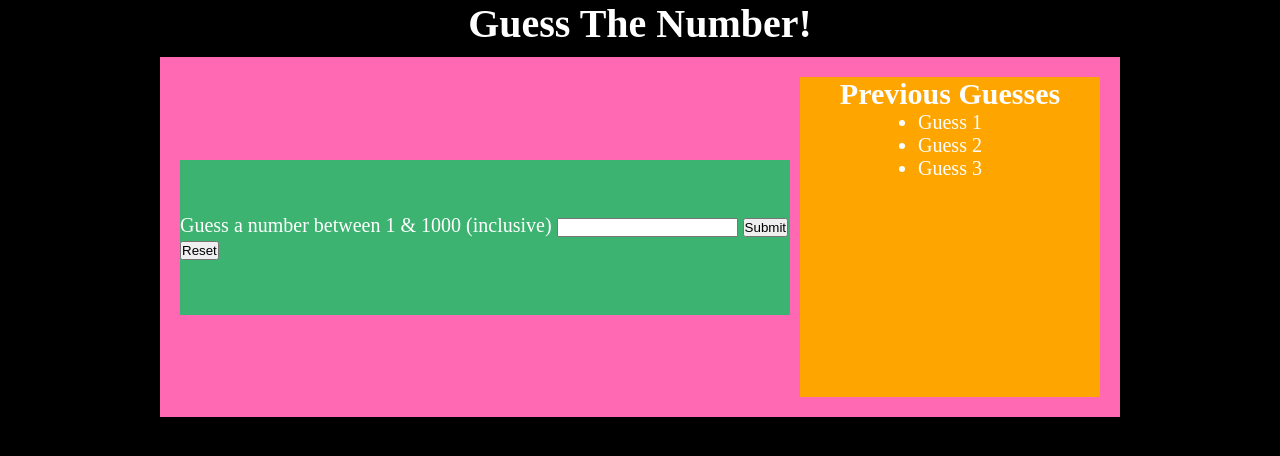
Repository: mlmEFSC21/P14-Guessing-Game
Page: guess.html
These files come from the project's save history. The page is drawn as it stood at one moment and after the next save; the edit follows.
The browser window is 1280 px wide. The pictures show the whole page.

Above is the page before, as saved 2022-03-17 13:21:03.
Console error: SyntaxError: Unexpected token '{'

After the next save:
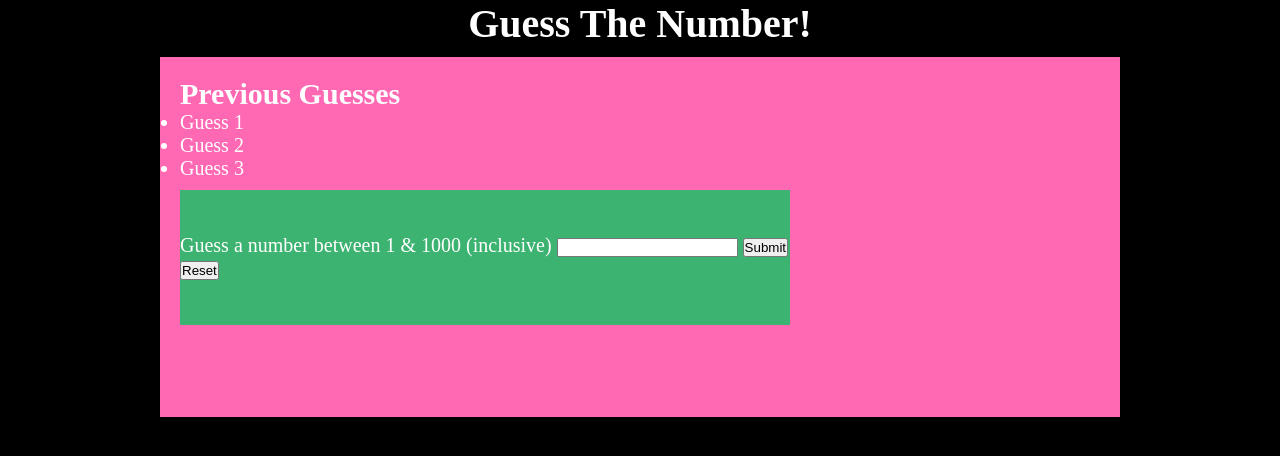
Saved 14 s later.
--- a/guess.css
+++ b/guess.css
@@ -37,7 +37,7 @@ body {
     justify-content: center;
     align-items: center;
 }
-.trackGuesses {
+.guessesContainer {
     background-color: orange;
     display: flex;
     flex-direction: column;

After the save that followed:
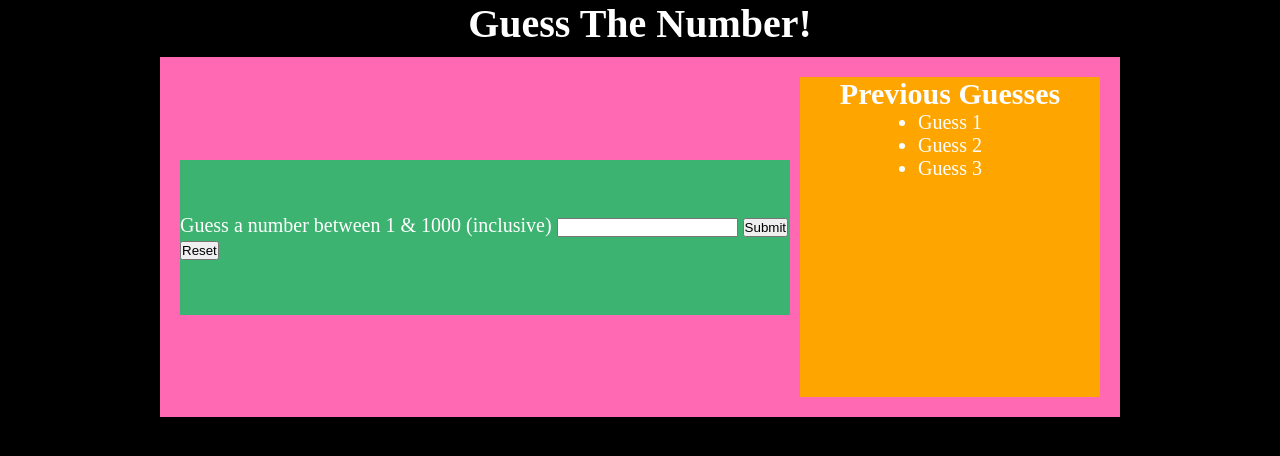
Saved 38 s later.
--- a/guess.html
+++ b/guess.html
@@ -22,7 +22,7 @@
                         <input type="button" id="resetBtn" value="Reset" />
                     </form>
                 </div>
-                <div class="trackGuesses" id="guessesContainer">
+                <div class="guessesContainer" id="guessesContainer">
                     <h2>Previous Guesses</h2>
                     <ul class="guesses" id="guessList">
                         <li>Guess 1</li>
